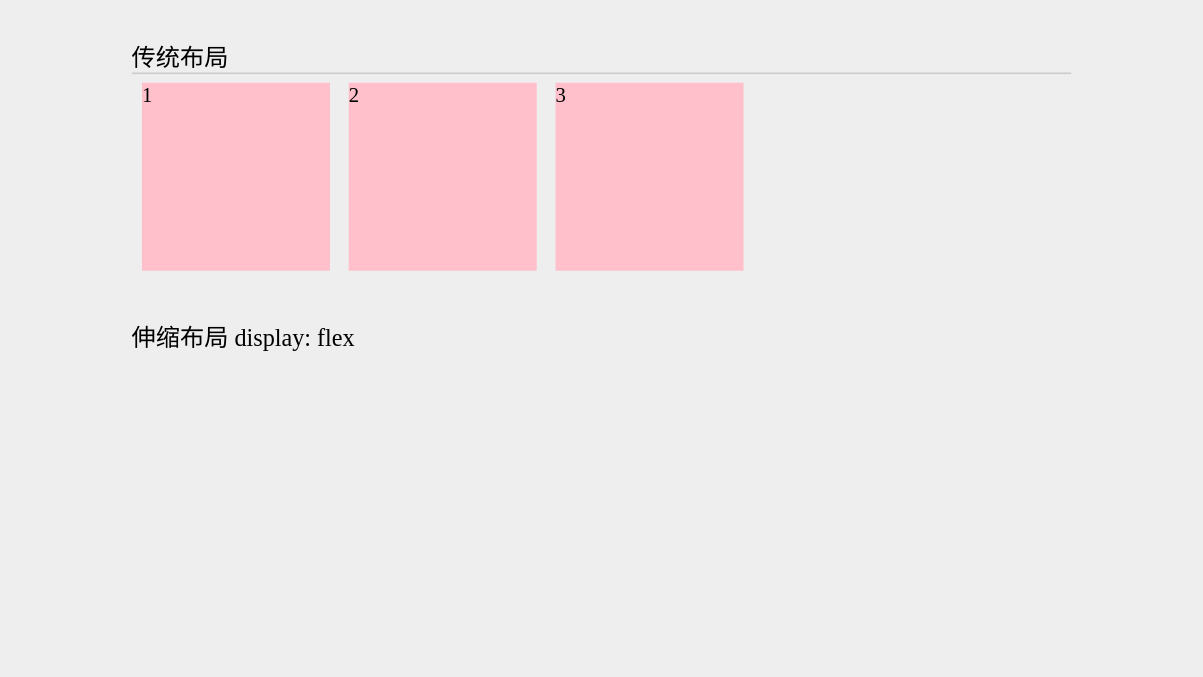
Repository: Germtao/Web
Page: web_css/css3_FLEX布局.html
The author's editor kept a copy of each file at every save. The page is drawn from the files as they stood at one save, then again after the next save.
The browser window is 1280 px wide. The pictures show the whole page, at 94% of full size.

Above is the page before, as saved 2020-11-04 10:55:36.

### web_css/css3_FLEX布局.html
<!DOCTYPE html>
<html lang="en">

<head>
  <meta charset="UTF-8">
  <meta name="viewport" content="width=device-width, initial-scale=1.0">
  <title>CSS3-FLEX布局</title>

  <style>
    * {
      margin: 0;
      padding: 0;
      list-style: none;
    }

    body {
      background-color: #eee;
      font-family: "Microsoft Yahei";
      font-size: 22px;
    }

    h3 {
      font-weight: normal;
    }

    section {
      width: 1000px;
      margin: 40px auto;
    }

    ul {
      background-color: #fff;
      border: 1px solid #ccc;
    }

    ul li {
      width: 200px;
      height: 200px;
      background-color: pink;
      margin: 10px;
    }

    section:nth-child(1) {
      /* 清除浮动 */
      overflow: hidden;
    }

    section:nth-child(1) ul li {
      float: left;
    }
  </style>
</head>

<body>
  <section>
    <h3>传统布局</h3>
    <ul>
      <li>1</li>
      <li>2</li>
      <li>3</li>
    </ul>
  </section>

  <section>
    <h3>伸缩布局 display: flex</h3>
  </section>
</body>

</html>

After the next save:
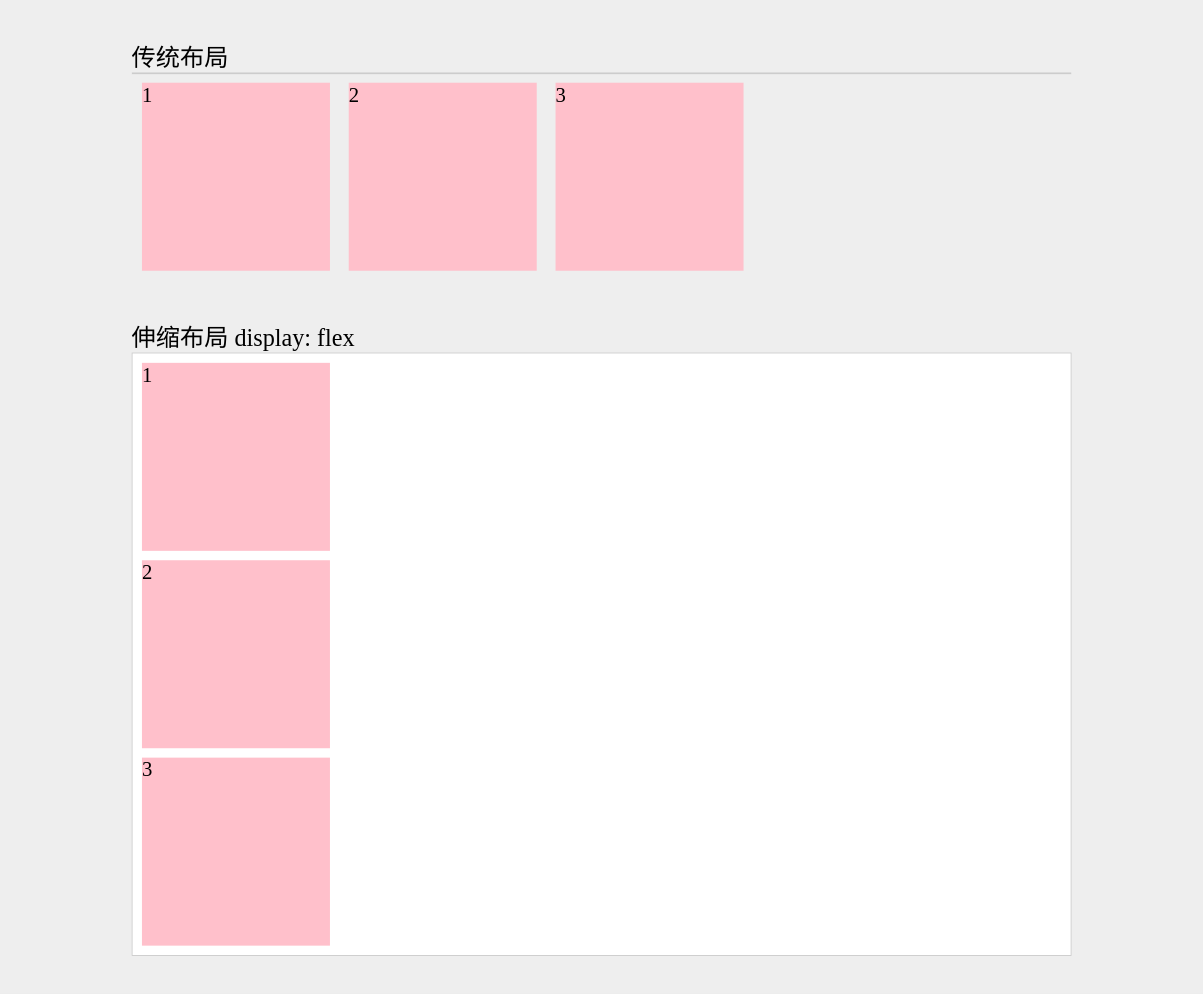
Saved 13 s later.
--- a/web_css/css3_FLEX布局.html
+++ b/web_css/css3_FLEX布局.html
@@ -63,6 +63,11 @@
 
   <section>
     <h3>伸缩布局 display: flex</h3>
+    <ul>
+      <li>1</li>
+      <li>2</li>
+      <li>3</li>
+    </ul>
   </section>
 </body>
 
